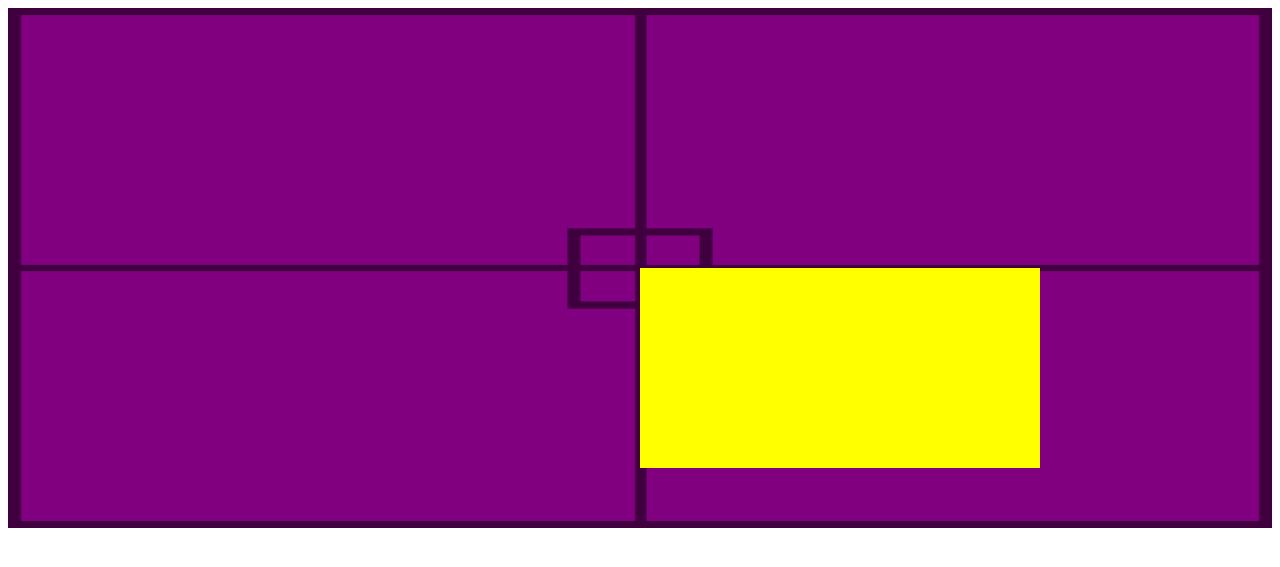
Repository: Leonngc/html-css
Page: Exercicios/ex023/fundo007.html
The author's editor kept a copy of each file at every save. The page is drawn from the files as they stood at one save, then again after the next save.
The browser window is 1280 px wide. The pictures show the whole page.

Above is the page before, as saved 2022-10-27 19:47:45.

### Exercicios/ex023/fundo007.html
<!DOCTYPE html>
<html lang="pt-br">
<head>
    <meta charset="UTF-8">
    <meta http-equiv="X-UA-Compatible" content="IE=edge">
    <meta name="viewport" content="width=device-width, initial-scale=1.0">
    <title>Alinhamento vertical</title>
    <style>
        #container{
            background-image: url(imagens/target001.png);
            background-size: 100% 100%;
            position: relative;
            height: 500px;
            padding: 10px;
            background-color: purple;
        }

        #conteudo{
            position: absolute;
            height: 200px;
            width: 400px;
            background-color: yellow;

            left: 50%;
            top: 50%;
        }
    </style>
</head>
<body>
    <section id="container">
        <article id="conteudo">

        </article>
    </section>
</body>
</html>

After the next save:
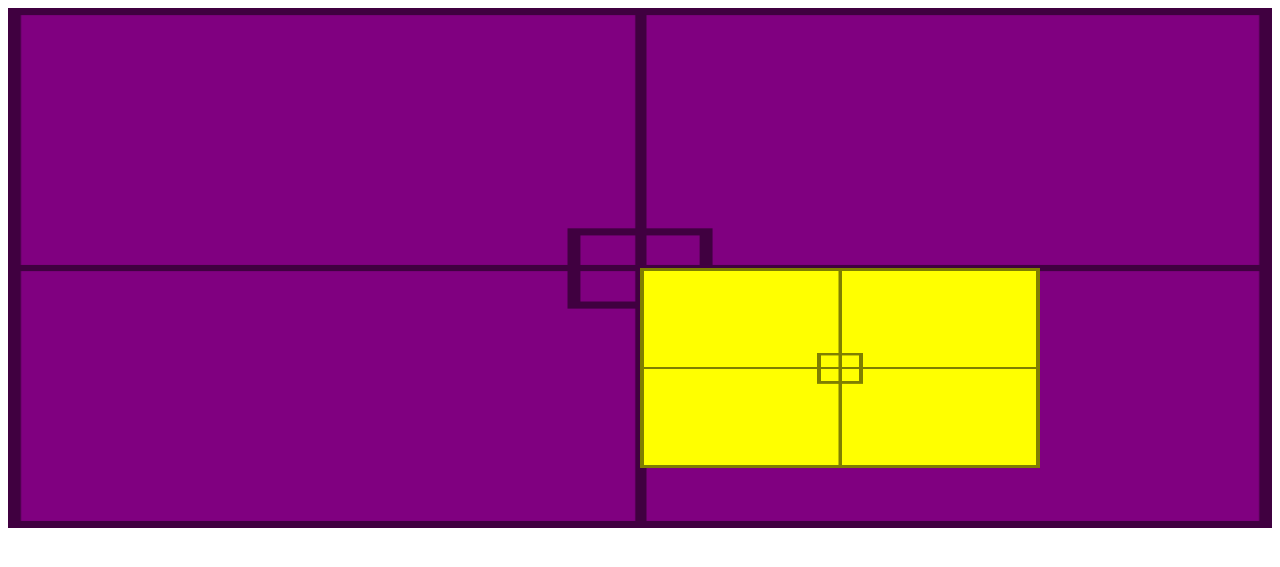
Saved 15 s later.
--- a/Exercicios/ex023/fundo007.html
+++ b/Exercicios/ex023/fundo007.html
@@ -16,6 +16,8 @@
         }
 
         #conteudo{
+            background-image: url(imagens/target001.png);
+            background-size: 100% 100%;
             position: absolute;
             height: 200px;
             width: 400px;
